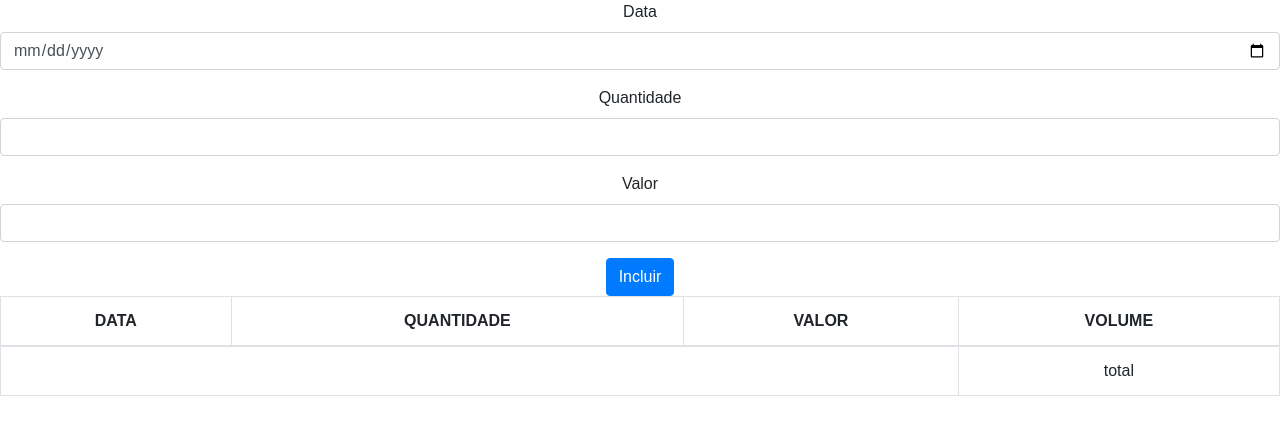
Repository: rornellas/react-scj35
Page: /
These files come from the project's save history. The page is drawn as it stood at one moment and after the next save; the edit follows.
The browser window is 1280 px wide. The pictures show the whole page.
The project was rebuilt for these pictures with package versions that can differ from the ones it lists, and the page was loaded fresh each time.

Above is the page before, as saved 2020-04-09 23:31:12.

### public/index.html
<!doctype html>
<html lang="en">
  <head>
    <meta charset="utf-8">
    <meta name="viewport" content="width=device-width, initial-scale=1">
    <link rel="shortcut icon" href="%PUBLIC_URL%/favicon.ico">
    <link rel="stylesheet" href="https://stackpath.bootstrapcdn.com/bootstrap/4.4.1/css/bootstrap.min.css" integrity="sha384-Vkoo8x4CGsO3+Hhxv8T/Q5PaXtkKtu6ug5TOeNV6gBiFeWPGFN9MuhOf23Q9Ifjh" crossorigin="anonymous">
    <!--
      Notice the use of %PUBLIC_URL% in the tag above.
      It will be replaced with the URL of the `public` folder during the build.
      Only files inside the `public` folder can be referenced from the HTML.

      Unlike "/favicon.ico" or "favicon.ico", "%PUBLIC_URL%/favicon.ico" will
      work correctly both with client-side routing and a non-root public URL.
      Learn how to configure a non-root public URL by running `npm run build`.
    -->
    <title>React App</title>
  </head>
  <body>
    <div id="root"></div>
    <!--
      This HTML file is a template.
      If you open it directly in the browser, you will see an empty page.

      You can add webfonts, meta tags, or analytics to this file.
      The build step will place the bundled scripts into the <body> tag.

      To begin the development, run `npm start`.
      To create a production bundle, use `npm run build`.
    -->
  </body>
</html>

### src/index.js
import React from 'react';
import ReactDOM from 'react-dom';
import App from './App';
import './index.css';

ReactDOM.render(
  <React.StrictMode>
  <App />
  </React.StrictMode>,
  document.getElementById('root')
);

### src/App.js
import React, { useState } from 'react';
import './App.css';

import NegociacaoForm from './js/app/components/NegociacaoForm'
import { NegociacoesContextProvider } from './js/store';
import NegociacaoList from './js/app/components/NegociacaoList';

function App() {

    return (
      <div className="App">
        <NegociacoesContextProvider>
          <NegociacaoForm />
          <NegociacaoList />
        </NegociacoesContextProvider>
      </div>
    );

}

export default App;

### src/js/app/components/NegociacaoForm.js
import React, { useState, useContext } from "react"

import {NegociacoesContext} from '../../store'

export default () => {

  const data = userFormInput("")
  const quantidade = userFormInput("")
  const valor = userFormInput("")

  //traz o estado do contexto de negociacoes (dos componentes que estão dentro do NegociacoesContextprovider)
  const [state, dispatch] = useContext(NegociacoesContext)

  const onSubmit = event => {
    event.preventDefaul()

    dispatch({
      type: 'ADD_NEGOCIACAO',
      payload: {
        data: data.value,
        valor: valor.value,
        quantidade: quantidade.value
      }
    })
  }

  return (
    <form className="form" onSubmit={onSubmit}>
      <div className="form-group">
        <label for="data">Data</label>
        <input {...data} type="date" id="data" className="form-control" required autofocus />
      </div>

      <div className="form-group">
        <label htmlFor="quantidade">Quantidade</label>
        <input {...quantidade}
          type="number"
          min="1"
          step="1"
          id="quantidade"
          className="form-control"
          required
        />
      </div>

      <div className="form-group">
        <label for="valor">Valor</label>
        <input {...valor}
          id="valor"
          type="number"
          className="form-control"
          required
        />
      </div>

      <button className="btn btn-primary" type="submit">Incluir</button>
    </form>
  )
}

//mantem um estado para o formulário, apenas para este componente
function userFormInput(initialValue) {
  const [value, setValue] = useState(initialValue)
  const handleChange = element => {
    setValue(element.target.value)
  }
  return {
    value,
    onChange: handleChange
  }
}

### src/js/store.js
import React, { useReducer, createContext } from "react"

export const NegociacoesContext = createContext()

const initialState = {
    negociacoes: []
}

const reducer = (state, action) => {
    switch(action.type) {
        case "ADD_NEGOCIACAO":
            return {
                negociacoes: [...state.negociacoes, action.payload]
            }
        default:
            throw new Error("Faltou uma action!")
    }
}

export const NegociacoesContextProvider = (props) => {
    const [state, dispatch] = useReducer(reducer, initialState)
//O reducer serve para saber o ultimo estado quando varias informacao chegam ao mesmo tempo
//exemplo: 2 componentes enviam informacao para o mesmo context. Vai ser acionado o reducer para que tenhamos apenas 1 estado
    return (
        <NegociacoesContext.Provider value={[state, dispatch]}>
            {props.children}
        </NegociacoesContext.Provider>
    )
}

### src/js/app/components/NegociacaoList.js
import React, { useState, useContext } from "react"

import {NegociacoesContext} from '../../store'

export default () => {
  const [state] = useContext(NegociacoesContext)
  return (
    <table className="table table-hover table-bordered">
            <thead>
                <tr>
                    <th>DATA</th>
                    <th>QUANTIDADE</th>
                    <th>VALOR</th>
                    <th>VOLUME</th>
                </tr>
            </thead>

            <tbody>
                {state.negociacoes.map(
                  (item, index) =>
                  <tr>
                    <td>item.data</td>
                    <td>item.quantidade</td>
                    <td>item.valor</td>
                    <td>item.quantidade * item.valor</td>
                  </tr>
                )}
            </tbody>

            <tfoot>
                <td colSpan="3"></td>
                <td>
                    total
                </td>
            </tfoot>

        </table>
  )
}

Loaded but not shown: src/index.css (common file); src/App.css (common file)

After the next save:
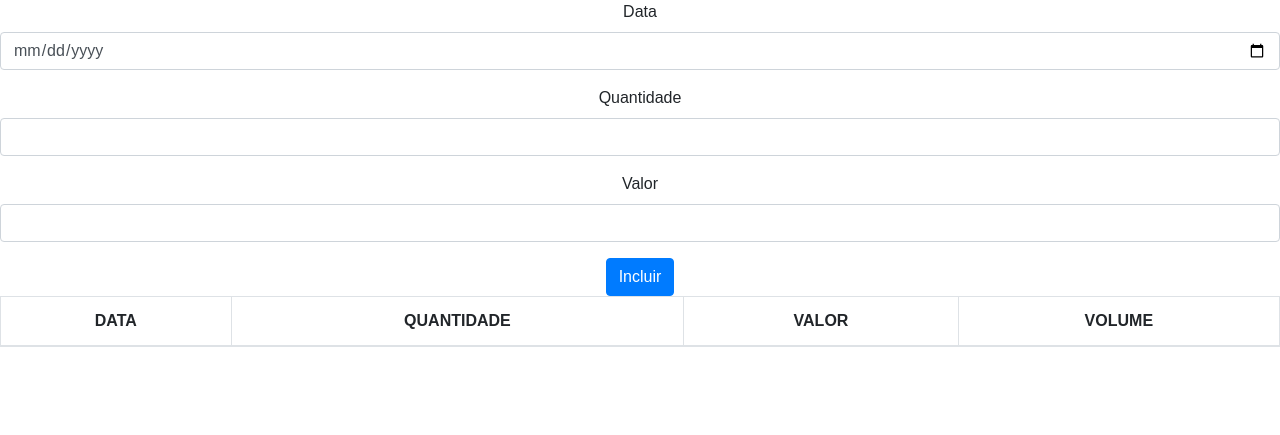
Saved 19 s later.
--- a/src/js/app/components/NegociacaoList.js
+++ b/src/js/app/components/NegociacaoList.js
@@ -28,10 +28,7 @@ export default () => {
             </tbody>
 
             <tfoot>
-                <td colSpan="3"></td>
-                <td>
-                    total
-                </td>
+
             </tfoot>
 
         </table>
